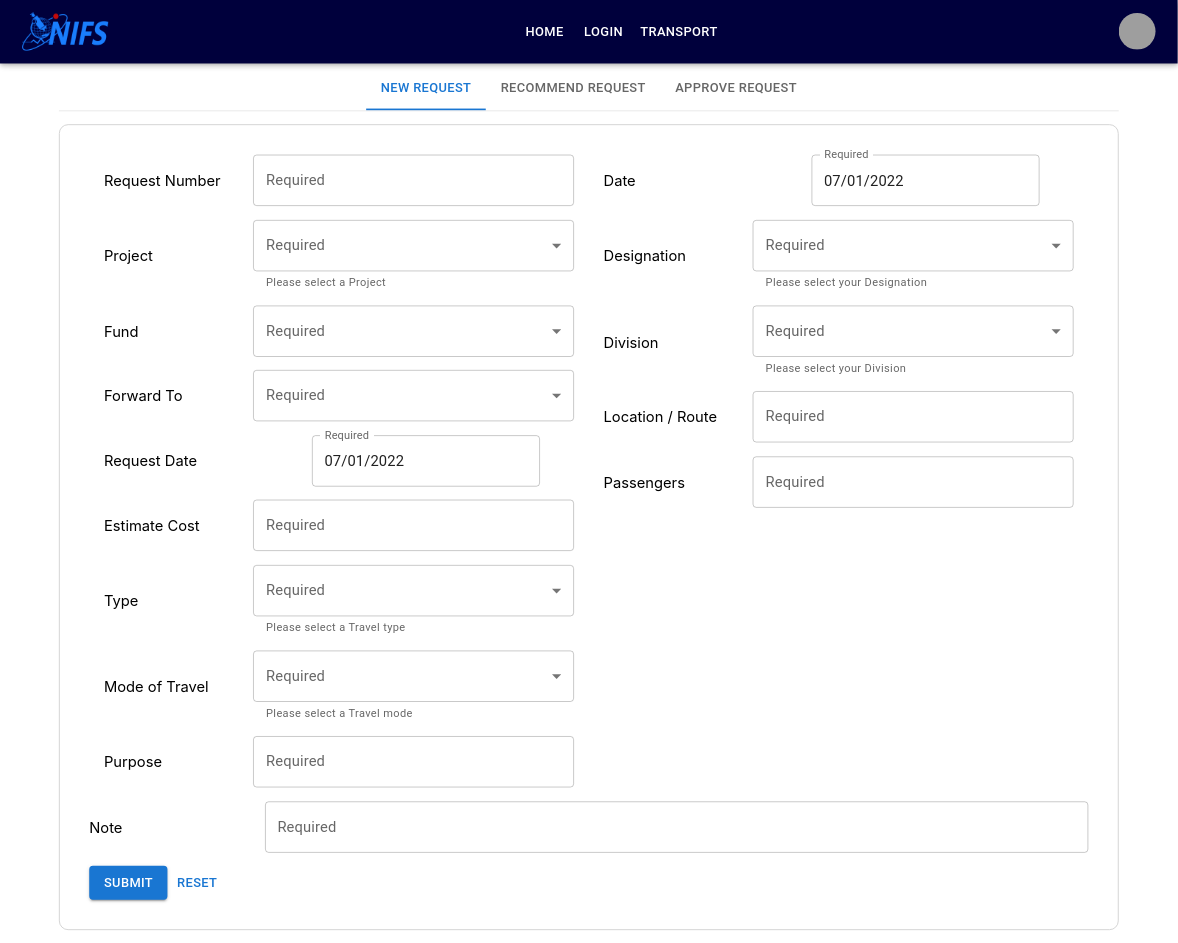
Repository: Ravindu97/NIFS_WebApplication
Page: /transport (app in client/)
An editor plug-in stored every save of this project. The page is shown before and after the next save, followed by the edit.
The browser window is 1280 px wide. The pictures show the whole page, at 92% of full size.
Pictures or frames that could not be fetched are drawn as grey boxes. The project was rebuilt for these pictures with package versions that can differ from the ones it lists, and the page was loaded fresh each time. Also part of the build but not shown: client/src/pages/Home.js, client/src/pages/Login.js, client/src/components/Transport/RecommendedRequest.js, client/src/components/Transport/ApproveRequest.js.

Above is the page before, as saved 2022-07-01 12:36:11.

### client/src/index.css
body {
  margin: 0;
  font-family: -apple-system, BlinkMacSystemFont, 'Segoe UI', 'Roboto', 'Oxygen',
    'Ubuntu', 'Cantarell', 'Fira Sans', 'Droid Sans', 'Helvetica Neue',
    sans-serif;
  -webkit-font-smoothing: antialiased;
  -moz-osx-font-smoothing: grayscale;
}

:root{
  --main-navbar-back: #00003c;

}


.nav-logo{
  width: 100px;
  height: auto;
}

/* main navbar */
.main-navbar{
  background-color: var(--main-navbar-back) !important;
}

/* secondary navbar */
.secondary-navbar{
  margin-top: 10vh !important;
  margin: auto;
}

/* body content */
.body-content{
  margin: auto;
  width: 90%;
  margin-top: 2vh;
}

/* -------------------css for form starts here */
/* form section means outsice the <form> tag */

.form-section{
  border: 1px solid #d2d2d2;
  border-radius: 10px;
  padding: 2rem;
  margin-bottom: 2vh;
}

/* input fields */
.input-fields{
  display: flex;
  align-items: center;
  margin-bottom: 2vh;
}

.input-fields label{
  margin-right: 2vw;
  width: 200px;
}

.form-left,.form-right{

  margin-left: 1em;
  margin-right: 1em;
}

/* -----------------css for form ends here */

### client/src/App.js
import * as React from 'react';
import { BrowserRouter as Router, Route, Routes } from 'react-router-dom';
import Navbar from './components/shared/Navbar';
import Home from './pages/Home';
import Login from './pages/Login';
import TransportMainPage from './pages/TransportMainPage';

function App() {
	return (
		<div>
			<Router>
				<Navbar />
				<Routes>
					<Route exact path="/" element={<Home />} />
					<Route exact path="/login" element={<Login />} />
					<Route exact path="/transport/*" element={<TransportMainPage />} />
				</Routes>
			</Router>
		</div>
	);
}

export default App;

### client/src/components/shared/Navbar.js
import * as React from 'react';
import AppBar from '@mui/material/AppBar';
import Box from '@mui/material/Box';
import Toolbar from '@mui/material/Toolbar';
import IconButton from '@mui/material/IconButton';
import Typography from '@mui/material/Typography';
import Menu from '@mui/material/Menu';
import MenuIcon from '@mui/icons-material/Menu';
import Container from '@mui/material/Container';
import Avatar from '@mui/material/Avatar';
import Button from '@mui/material/Button';
import Tooltip from '@mui/material/Tooltip';
import MenuItem from '@mui/material/MenuItem';
import { Link } from 'react-router-dom';
import Logo from '../../images/nifs_logo.png';

const Navbar = () => {
	const pages = [
		{
			id: 0,
			title: 'Home',
			link: '/',
		},
		{
			id: 1,
			title: 'Login',
			link: '/login',
		},
		{
			id: 2,
			title: 'Transport',
			link: '/transport',
		},
	];

	const settings = [
		{
			id: 0,
			title: 'Home',
			link: '/',
		},
		{
			id: 1,
			title: 'Login',
			link: '/login',
		},
		{
			id: 2,
			title: 'Transport',
			link: '/transport',
		},
	];

	const [anchorElNav, setAnchorElNav] = React.useState(null);
	const [anchorElUser, setAnchorElUser] = React.useState(null);

	const handleOpenNavMenu = (event) => {
		setAnchorElNav(event.currentTarget);
	};
	const handleOpenUserMenu = (event) => {
		setAnchorElUser(event.currentTarget);
	};

	const handleCloseNavMenu = () => {
		setAnchorElNav(null);
	};

	const handleCloseUserMenu = () => {
		setAnchorElUser(null);
	};

	return (
		<AppBar position="fixed" className="main-navbar">
			<Container maxWidth="xl">
				<Toolbar disableGutters>
					{/*Responsive view start here  */}
					<Box sx={{ display: { xs: 'none', md: 'flex' }, mr: 1 }}>
						<img src={Logo} alt="logo" className="nav-logo" />
					</Box>

					<Box sx={{ flexGrow: 1, display: { xs: 'flex', md: 'none' } }}>
						<IconButton
							size="large"
							aria-label="account of current user"
							aria-controls="menu-appbar"
							aria-haspopup="true"
							onClick={handleOpenNavMenu}
							color="inherit"
						>
							<MenuIcon />
						</IconButton>
						<Menu
							id="menu-appbar"
							anchorEl={anchorElNav}
							anchorOrigin={{
								vertical: 'bottom',
								horizontal: 'left',
							}}
							keepMounted
							transformOrigin={{
								vertical: 'top',
								horizontal: 'left',
							}}
							open={Boolean(anchorElNav)}
							onClose={handleCloseNavMenu}
							sx={{
								display: { xs: 'block', md: 'none' },
							}}
						>
							{pages &&
								pages.map((page) => (
									<MenuItem key={page.id} onClick={handleCloseNavMenu}>
										<Link to={page.link} style={{ textDecoration: 'none' }}>
											<Typography textAlign="center">{page.title}</Typography>
										</Link>
									</MenuItem>
								))}
						</Menu>
					</Box>
					{/* Responsive view ends here */}

					{/* Full width starts here */}
					<Box
						sx={{
							mr: 2,
							display: { xs: 'flex', md: 'none' },
							flexGrow: 1,
						}}
					>
						<img src={Logo} alt="logo" className="nav-logo" />
					</Box>

					<Box
						sx={{ flexGrow: 1, display: { xs: 'none', md: 'flex' } }}
						style={{ justifyContent: 'center' }}
					>
						{pages &&
							pages.map((page) => (
								<Link to={page.link} style={{ textDecoration: 'none' }}>
									<Button
										key={page.id}
										onClick={handleCloseNavMenu}
										sx={{ my: 2, color: 'white', display: 'block' }}
									>
										{page.title}
									</Button>
								</Link>
							))}
					</Box>

					{/* end of the navbar */}
					<Box sx={{ flexGrow: 0 }}>
						<Tooltip title="Open settings">
							<IconButton onClick={handleOpenUserMenu} sx={{ p: 0 }}>
								<Avatar
									alt="Remy Sharp"
									src="https://images.unsplash.com/photo-1566753323558-f4e0952af115?ixlib=rb-1.2.1&ixid=MnwxMjA3fDB8MHxzZWFyY2h8MXx8bWFsZXxlbnwwfHwwfHw%3D&w=1000&q=80"
								/>
							</IconButton>
						</Tooltip>
						<Menu
							sx={{ mt: '45px' }}
							id="menu-appbar"
							anchorEl={anchorElUser}
							anchorOrigin={{
								vertical: 'top',
								horizontal: 'right',
							}}
							keepMounted
							transformOrigin={{
								vertical: 'top',
								horizontal: 'right',
							}}
							open={Boolean(anchorElUser)}
							onClose={handleCloseUserMenu}
						>
							{settings.map((setting) => (
								<MenuItem key={setting.id} onClick={handleCloseUserMenu}>
									<Typography textAlign="center">{setting.title}</Typography>
								</MenuItem>
							))}
						</Menu>
					</Box>
				</Toolbar>
			</Container>
		</AppBar>
	);
};
export default Navbar;

### client/src/pages/TransportMainPage.js
import React from 'react';

import TransportNavbar from '../components/Transport/shared/TransportNavbar';
import { Route, Routes } from 'react-router-dom';
import NewRequest from '../components/Transport/NewRequest';
import RecommendedRequest from '../components/Transport/RecommendedRequest';
import ApproveRequest from '../components/Transport/ApproveRequest';

// transport main page where all other section of transport department can be access from here
function TransportMainPage() {
	return (
		<div>
			<TransportNavbar />
			<div className="body-content">
				<Routes>
					<Route exact path="/" element={<NewRequest />} />
					<Route exact path="/recommend" element={<RecommendedRequest />} />
					<Route exact path="/approve" element={<ApproveRequest />} />
				</Routes>
			</div>
		</div>
	);
}

export default TransportMainPage;

### client/src/components/Transport/shared/TransportNavbar.js
import * as React from 'react';
import Tabs from '@mui/material/Tabs';
import Tab from '@mui/material/Tab';
import Box from '@mui/material/Box';
import { Link, useLocation } from 'react-router-dom';

export default function TransportNavbar() {
	const location = useLocation();

	const pages = [
		{
			id: 0,
			title: 'New Request',
			link: '/transport',
		},
		{
			id: 1,
			title: 'Recommend Request',
			link: '/transport/recommend',
		},
		{
			id: 2,
			title: 'Approve Request',
			link: '/transport/approve',
		},
	];

	return (
		<Box sx={{ width: '90%' }} className="secondary-navbar">
			<Box sx={{ borderBottom: 1, borderColor: 'divider' }}>
				<Tabs value={location.pathname} centered>
					{pages &&
						pages.map((page) => (
							<Tab
								key={page.id}
								label={page.title}
								value={page.link}
								component={Link}
								to={page.link}
							/>
						))}
				</Tabs>
			</Box>
		</Box>
	);
}

### client/src/components/Transport/NewRequest.js
import { Button, TextField } from '@mui/material';
import React, { useState } from 'react';
import { useForm } from 'react-hook-form';
import Box from '@mui/material/Box';
// import datepicker
import { AdapterDateFns } from '@mui/x-date-pickers/AdapterDateFns';
import { LocalizationProvider } from '@mui/x-date-pickers/LocalizationProvider';
import { DatePicker } from '@mui/x-date-pickers/DatePicker';
import { TimePicker } from '@mui/x-date-pickers/TimePicker';
// sample data files start here
import Projects from './shared/sampleData/Project.json';
import Funds from './shared/sampleData/Fund.json';
import ForwardedTo from './shared/sampleData/ForwardedTo.json';
import Divisions from './shared/sampleData/Division.json';
import Designations from './shared/sampleData/Designation.json';

// sample data files ends here

function NewRequest() {
	// date set to be stored
	const { register, handleSubmit, reset } = useForm();

	const [project, setProjects] = useState(Projects);
	const [fund, setFunds] = useState(Funds);
	const [forwardedTo, setForwardedTos] = useState(ForwardedTo);
	const [division, setDivisions] = useState(Divisions);
	const [designation, setDesignations] = useState(Designations);
	const [reqDate, setReqDate] = React.useState(new Date());
	const [reqTime, setReqTime] = React.useState(null);
	const [today, setToday] = React.useState(new Date());

	const submitDetails = (data) => {
		console.log(data);
	};

	return (
		<div className="form-section">
			<form onSubmit={handleSubmit(submitDetails)}>
				<Box
					sx={{
						display: { xs: 'block', md: 'flex' },
						justifyContent: 'center',
					}}
				>
					{/* left section of the form */}
					<Box
						className="form-left"
						sx={{
							width: { xs: '90%', md: '50%' },
						}}
					>
						{/* Request number */}
						<Box className="input-fields">
							<label>Request Number</label>
							<TextField
								fullWidth
								type="text"
								name="reqNo"
								id="outlined-basic"
								label="Required"
								variant="outlined"
								{...register('reqNo')}
							/>
						</Box>

						{/* Select project */}

						<Box className="input-fields">
							<label>Project</label>
							<TextField
								fullWidth
								id="outlined-select-project-native"
								select
								label="Required"
								name="project"
								{...register('project')}
								SelectProps={{
									native: true,
								}}
								helperText="Please select a Project"
							>
								<option value="" selected disabled></option>
								{project.map((option) => (
									<option key={option.id} value={option.value}>
										{option.value}
									</option>
								))}
							</TextField>
						</Box>

						{/* Select Fund */}

						<Box className="input-fields">
							<label>Fund</label>
							<TextField
								fullWidth
								id="outlined-select-fund-native"
								select
								label="Required"
								name="fund"
								{...register('fund')}
								SelectProps={{
									native: true,
								}}
							>
								<option value="" selected disabled></option>
								{fund.map((option) => (
									<option key={option.id} value={option.value}>
										{option.value}
									</option>
								))}
							</TextField>
						</Box>

						{/* Select Forward */}

						<Box className="input-fields">
							<label>Forward To</label>
							<TextField
								fullWidth
								id="outlined-select-forward-native"
								select
								label="Required"
								name="forwardTo"
								{...register('forwardTo')}
								SelectProps={{
									native: true,
								}}
							>
								<option value="" selected disabled></option>
								{forwardedTo.map((option) => (
									<option key={option.id} value={option.value}>
										{option.value}
									</option>
								))}
							</TextField>
						</Box>

						{/*request date*/}

						<Box className="input-fields">
							<LocalizationProvider dateAdapter={AdapterDateFns}>
								<label>Request Date</label>
								<DatePicker
									fullWidth
									label="Required"
									value={reqDate}
									onChange={(newValue) => {
										setReqDate(newValue);
									}}
									name="requestDate"
									{...register('requestDate')}
									renderInput={(params) => <TextField {...params} />}
								/>
							</LocalizationProvider>
						</Box>

						{/* Time picker */}

						{/* <Box className="input-fields">
							<LocalizationProvider dateAdapter={AdapterDateFns}>
								<label>Request Time</label>
								<TimePicker
									label="Select a Time"
									value={reqTime}
									{...register('requestTime')}
									onChange={(newValue) => {
										setReqTime(newValue);
									}}
									renderInput={(params) => <TextField {...params} />}
								/>
							</LocalizationProvider>
						</Box> */}

						{/* cost */}

						<Box className="input-fields">
							<label>Estimate Cost</label>
							<TextField
								fullWidth
								type="text"
								name="estimateCost"
								id="outlined-basic"
								label="Required"
								variant="outlined"
								{...register('estimateCost')}
							/>
						</Box>

						{/* travel type */}

						<Box className="input-fields">
							<label>Type</label>
							<TextField
								fullWidth
								id="outlined-select-forward-native"
								select
								label="Required"
								name="travelType"
								{...register('travelType')}
								SelectProps={{
									native: true,
								}}
								helperText="Please select a Travel type"
							>
								<option value="" selected disabled></option>
								<option value="private">Private</option>
								<option value="official">Official</option>
							</TextField>
						</Box>

						{/* Travel mode */}

						<Box className="input-fields">
							<label>Mode of Travel</label>
							<TextField
								fullWidth
								id="outlined-select-forward-native"
								select
								label="Required"
								name="travelMode"
								{...register('travelMode')}
								SelectProps={{
									native: true,
								}}
								helperText="Please select a Travel mode"
							>
								<option value="" selected disabled></option>
								<option value="car">Car</option>
								<option value="van">Van</option>
								<option value="cab">Cab</option>
							</TextField>
						</Box>

						{/* purpose */}

						<Box className="input-fields">
							<label>Purpose</label>
							<TextField
								fullWidth
								id="outlined-textarea"
								label="Required"
								name="purpose"
								{...register('purpose')}
								SelectProps={{
									native: true,
								}}
								multiline
							/>
						</Box>
					</Box>

					{/* right section of the form */}

					<Box
						className="form-right"
						sx={{
							width: { xs: '90%', md: '50%' },
						}}
					>
						{/*request today date*/}

						<Box className="input-fields">
							<LocalizationProvider dateAdapter={AdapterDateFns}>
								<label>Date</label>
								<DatePicker
									fullWidth
									label="Required"
									value={today}
									onChange={(newValue) => {
										setToday(newValue);
									}}
									{...register('date')}
									renderInput={(params) => <TextField {...params} />}
								/>
							</LocalizationProvider>
						</Box>

						{/* designations */}

						<Box className="input-fields">
							<label>Designation</label>
							<TextField
								fullWidth
								id="outlined-select-forward-native"
								select
								label="Required"
								name="designation"
								{...register('designation')}
								SelectProps={{
									native: true,
								}}
								helperText="Please select your Designation"
							>
								<option value="" selected disabled></option>
								{designation.map((option) => (
									<option key={option.id} value={option.value}>
										{option.value}
									</option>
								))}
							</TextField>
						</Box>

						{/* division */}

						<Box className="input-fields">
							<label>Division</label>
							<TextField
								fullWidth
								id="outlined-select-forward-native"
								select
								label="Required"
								name="division"
								{...register('division')}
								SelectProps={{
									native: true,
								}}
								helperText="Please select your Division"
							>
								<option value="" selected disabled></option>
								{division.map((option) => (
									<option key={option.id} value={option.value}>
										{option.value}
									</option>
								))}
							</TextField>
						</Box>

						{/* HOD */}

						{/* Location / route */}

						<Box className="input-fields">
							<label>Location / Route</label>
							<TextField
								fullWidth
								type="text"
								name="route"
								id="outlined-basic"
								label="Required"
								variant="outlined"
								{...register('route')}
							/>
						</Box>

						{/* Location / route */}

						<Box className="input-fields">
							<label>Passengers</label>
							<TextField
								fullWidth
								type="text"
								name="passengers"
								id="outlined-basic"
								label="Required"
								variant="outlined"
								{...register('passengers')}
							/>
						</Box>
					</Box>
				</Box>

				{/* Note */}

				<Box className="input-fields">
					<label>Note</label>
					<TextField
						fullWidth
						id="outlined-textarea"
						label="Required"
						name="note"
						{...register('note')}
						SelectProps={{
							native: true,
						}}
						multiline
					/>
				</Box>

				{/* submit button */}

				<Box>
					<Button type="submit" variant="contained">
						Submit
					</Button>

					{/* reset the form */}

					<Button
						type="button"
						onClick={() => {
							reset({
								reqNo: '',
								project: '',
								fund: '',
								forwardTo: '',
								requestDate: '',
								time: '',
								estimateCost: '',
								travelType: '',
								travelMode: '',
								purpose: '',
								note: '',
								employee: '',
								designation: '',
								date: '',
								division: '',
								HOD: '',
								route: '',
								passengers: '',
							});
						}}
					>
						Reset
					</Button>
				</Box>
			</form>
		</div>
	);
}

export default NewRequest;

### client/src/components/Transport/shared/sampleData/Project.json
[
    {
        "id": 0,
        "value": "Kandy tunnel"
    },
    {
        "id": 1,
        "value": "Moragahakanda project"
    },
    {
        "id": 2,
        "value": "Gin nilwala project"
    },
    {
        "id": 3,
        "value": "Samanala wewa projecct"
    },
    {
        "id": 4,
        "value": "Data visualization"
    }
]

### client/src/components/Transport/shared/sampleData/Fund.json
[
    {
        "id": 0,
        "value": "Stock market"
    },
    {
        "id": 1,
        "value": "BOC bank"
    },
    {
        "id": 2,
        "value": "Savings"
    },
    {
        "id": 3,
        "value": "Ticketing"
    },
    {
        "id": 4,
        "value": "Car wash"
    }
]

### client/src/components/Transport/shared/sampleData/ForwardedTo.json
[
    {
        "id": 0,
        "value": "Mr. Kamal"
    },
    {
        "id": 1,
        "value": "Mr. Sunil"
    },
    {
        "id": 2,
        "value": "Mr. Kusal"
    },
    {
        "id": 3,
        "value": "Mrs. Nayana"
    },
    {
        "id": 4,
        "value": "Miss Rashmi"
    }
]

### client/src/components/Transport/shared/sampleData/Division.json
[
    {
        "id": 0,
        "value": "Transport"
    },
    {
        "id": 1,
        "value": "Financial"
    },
    {
        "id": 2,
        "value": "Computer"
    },
    {
        "id": 3,
        "value": "Admin"
    },
    {
        "id": 4,
        "value": "Director"
    }
]

### client/src/components/Transport/shared/sampleData/Designation.json
[
    {
        "id": 0,
        "value": "Designation 1"
    },
    {
        "id": 1,
        "value": "Designation 2"
    },
    {
        "id": 2,
        "value": "Designation 3"
    },
    {
        "id": 3,
        "value": "Designation 4"
    },
    {
        "id": 4,
        "value": "Designation 5"
    }
]

Loaded but not shown: client/src/index.js (common file); client/src/reportWebVitals.js (common file)

After the next save:
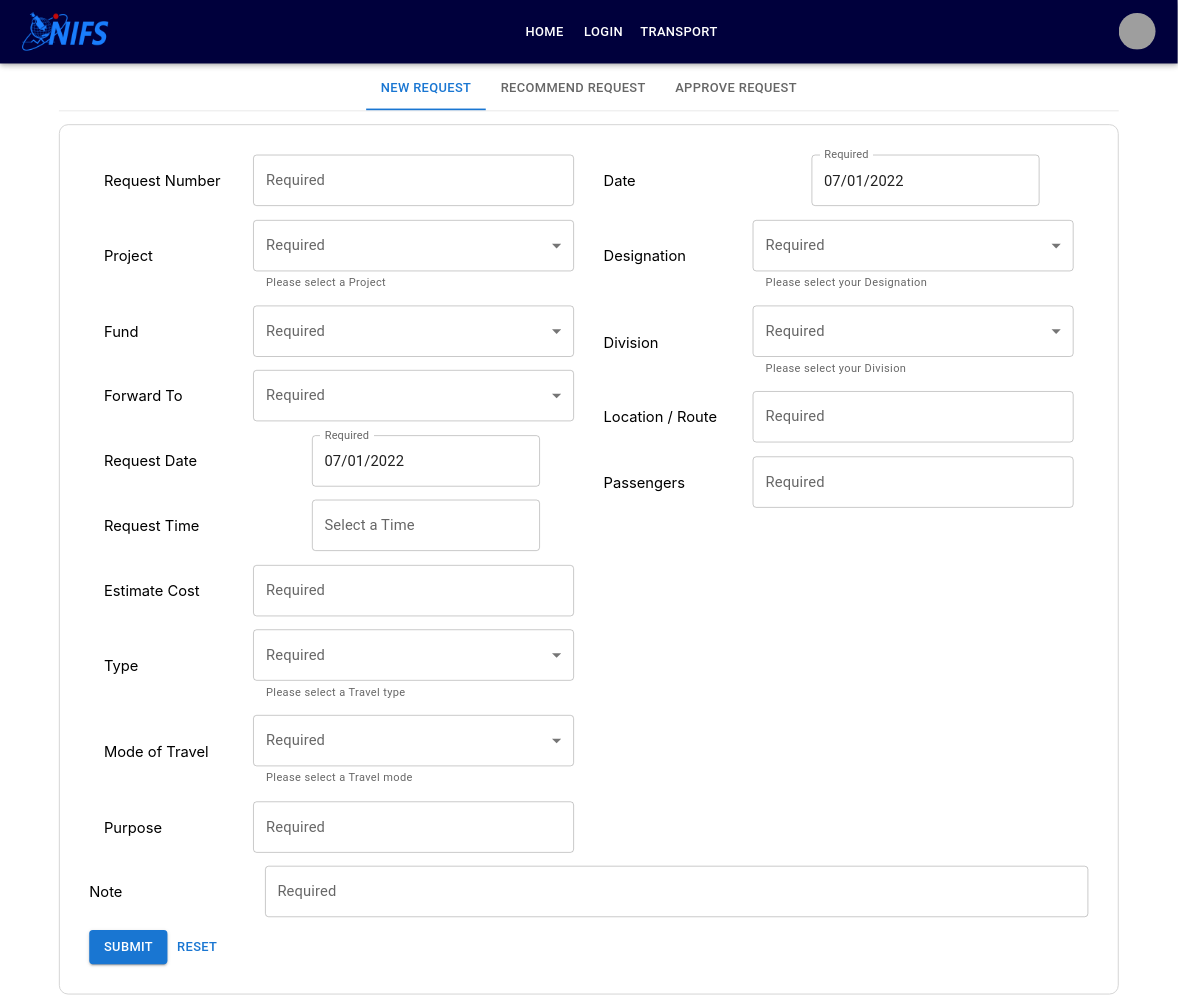
Saved 51 min 41 s later.
--- a/client/src/components/Transport/NewRequest.js
+++ b/client/src/components/Transport/NewRequest.js
@@ -157,7 +157,7 @@ function NewRequest() {
 
 						{/* Time picker */}
 
-						{/* <Box className="input-fields">
+						<Box className="input-fields">
 							<LocalizationProvider dateAdapter={AdapterDateFns}>
 								<label>Request Time</label>
 								<TimePicker
@@ -170,7 +170,7 @@ function NewRequest() {
 									renderInput={(params) => <TextField {...params} />}
 								/>
 							</LocalizationProvider>
-						</Box> */}
+						</Box>
 
 						{/* cost */}
 
